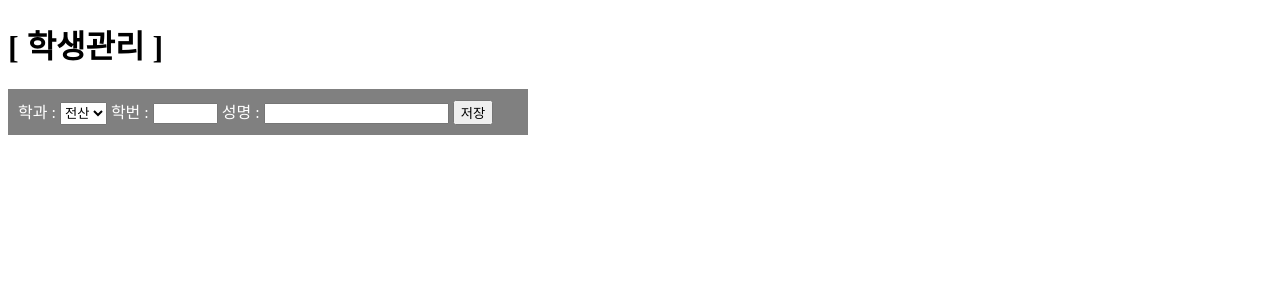
Repository: eeul07/html
Page: ex0508/WebContent/WEB-INF/students/slist.html
The author's editor kept a copy of each file at every save. The page is drawn from the files as they stood at one save, then again after the next save.
The browser window is 1280 px wide. The pictures show the whole page.
Some web libraries are served in a nearby version.

Above is the page before, as saved 2020-05-08 01:00:01.

After the next save:
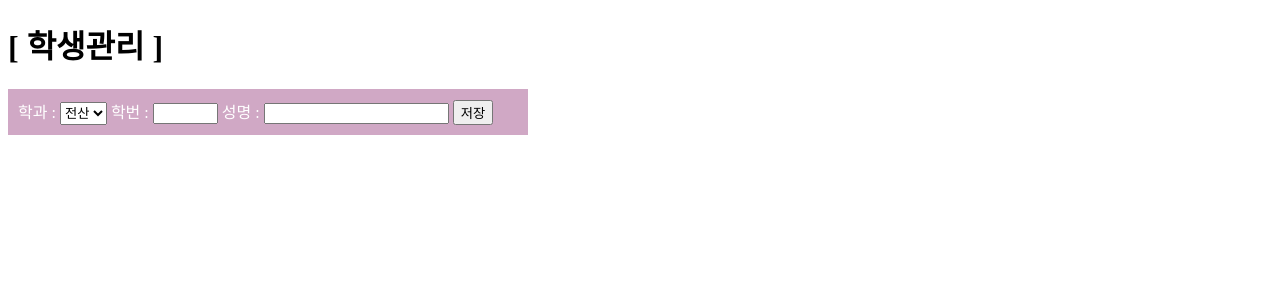
Saved 104 s later.
--- a/ex0508/WebContent/WEB-INF/students/slist.html
+++ b/ex0508/WebContent/WEB-INF/students/slist.html
@@ -7,7 +7,7 @@
 	<script src="https://cdnjs.cloudflare.com/ajax/libs/handlebars.js/3.0.1/handlebars.js"></script>
 	<style>
 		select{height:23px;}
-		#students{background:gray; color:white; width:500px; padding:10px; margin-bottom:20px;}
+		#students{background:#D0A8C5; color:white; width:500px; padding:10px; margin-bottom:20px;}
 		#tbl{margin:10px; width:450px;}
 	</style>
 </head>
